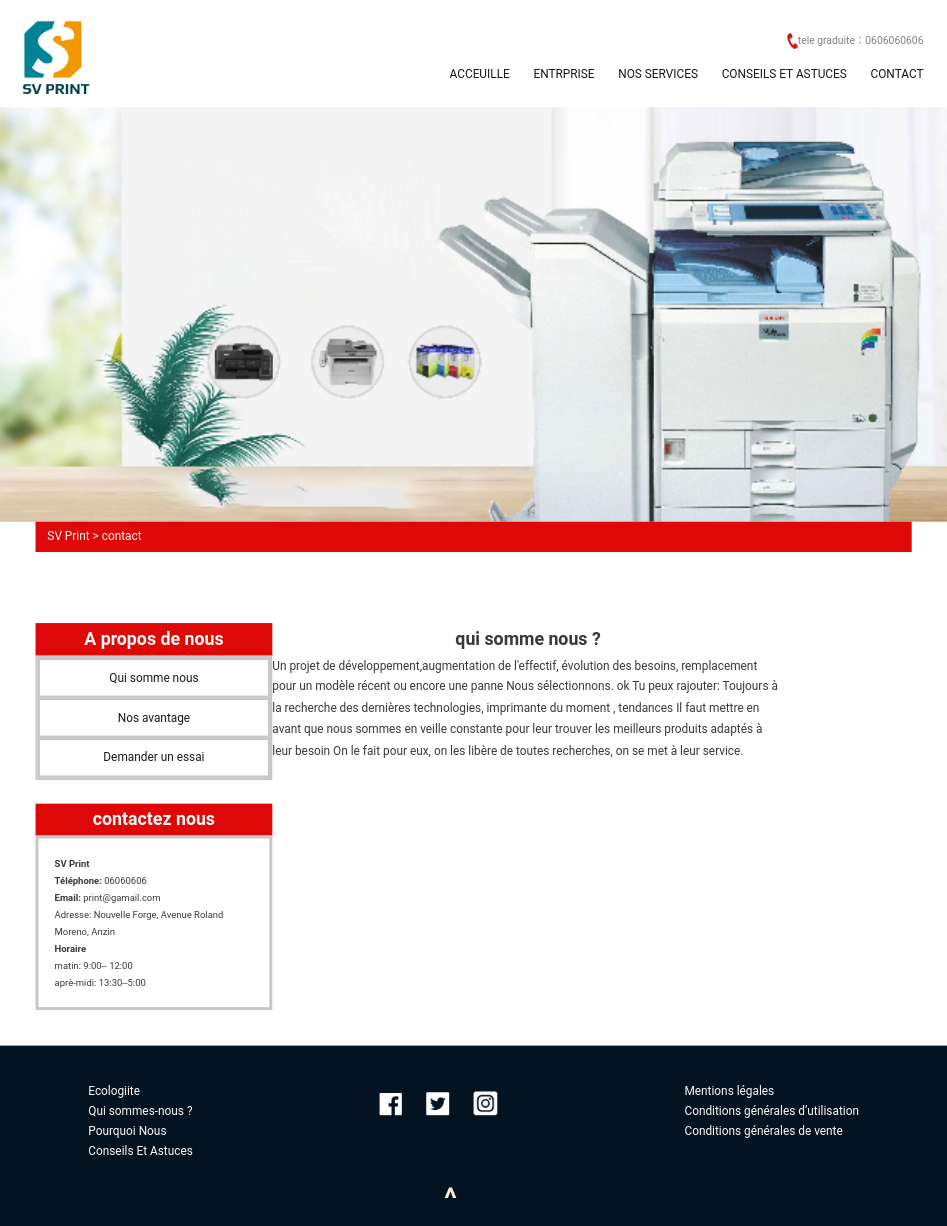
Repository: clairedupuich/sv_print
Page: index.html
The author's editor kept a copy of each file at every save. The page is drawn from the files as they stood at one save, then again after a run of saves.
The browser window is 1280 px wide. The pictures show the whole page, at 74% of full size.

Above is the page before, as saved 2020-12-04 00:40:36.
Console error: TypeError: Cannot read properties of null (reading 'appendChild')

After the next 4 saves:
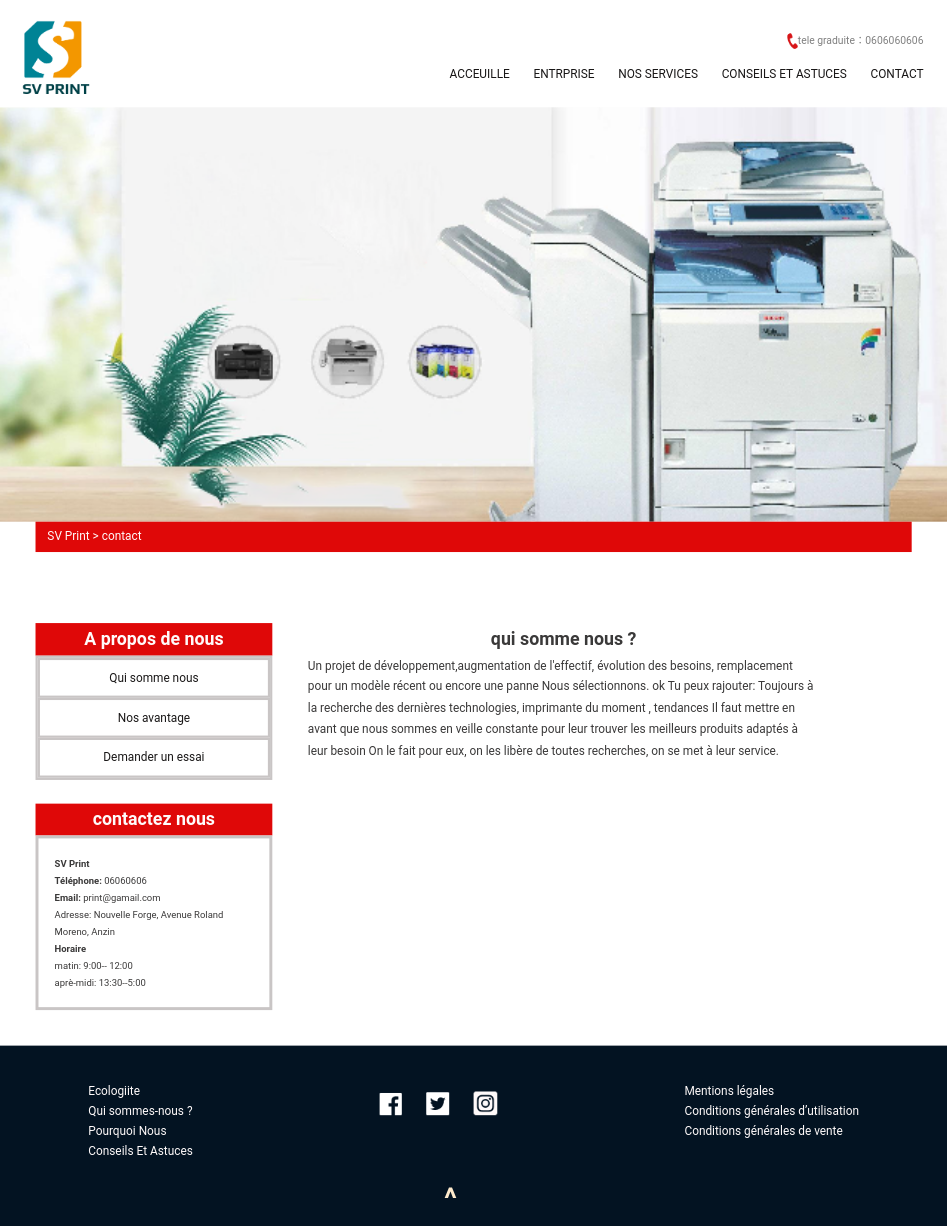
The 4 saves are shown as one change because they came seconds apart.
The last was saved 17 s later.
--- a/style.css
+++ b/style.css
@@ -260,4 +260,5 @@
 
 .presant {
     width: 80%;
-}
+    margin-left: 3em;
+}

After the 4 saves that followed:
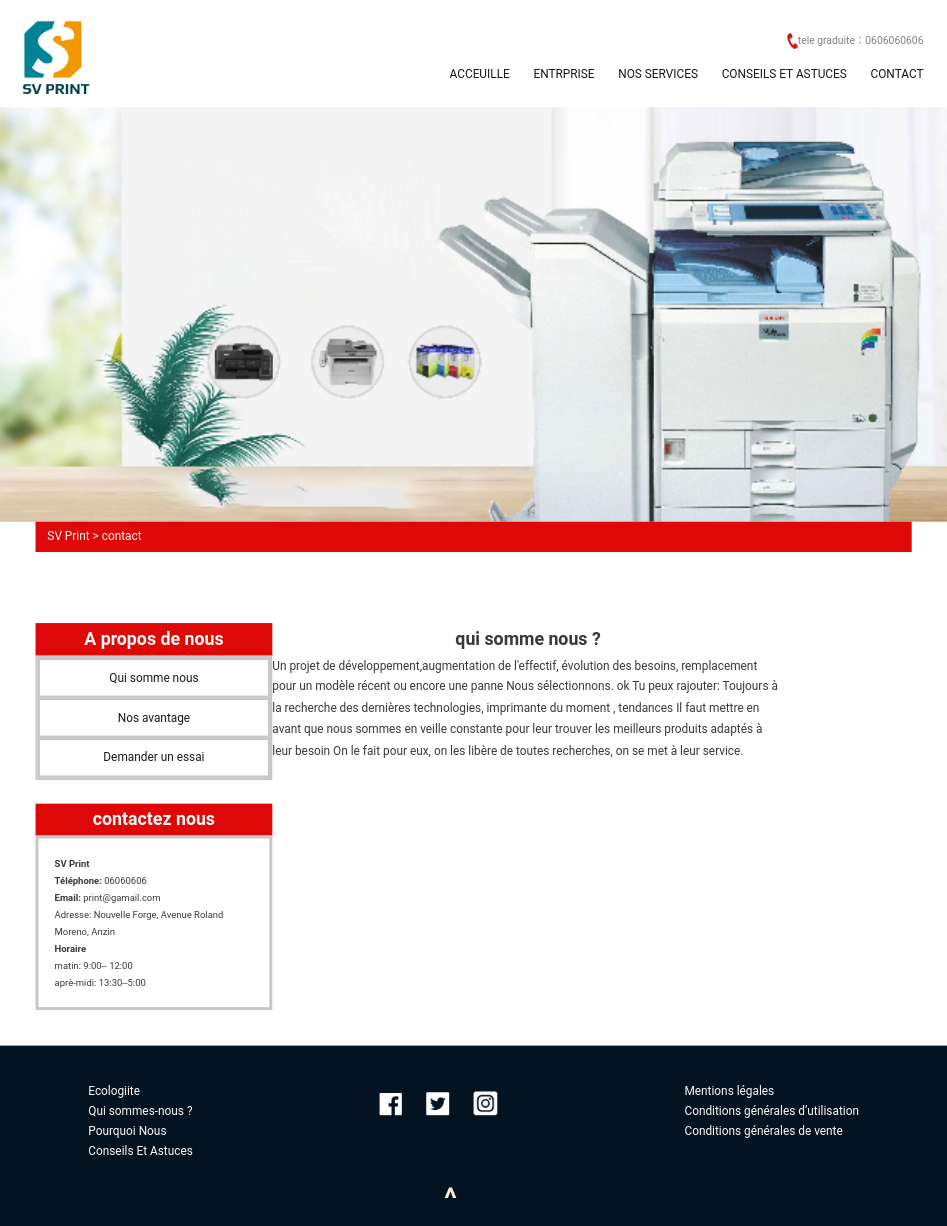
The 4 saves are shown as one change because they came seconds apart.
The last was saved 18 s later.
--- a/style.css
+++ b/style.css
@@ -260,5 +260,5 @@
 
 .presant {
     width: 80%;
-    margin-left: 3em;
-}
+    margin-left: 7m;
+}
